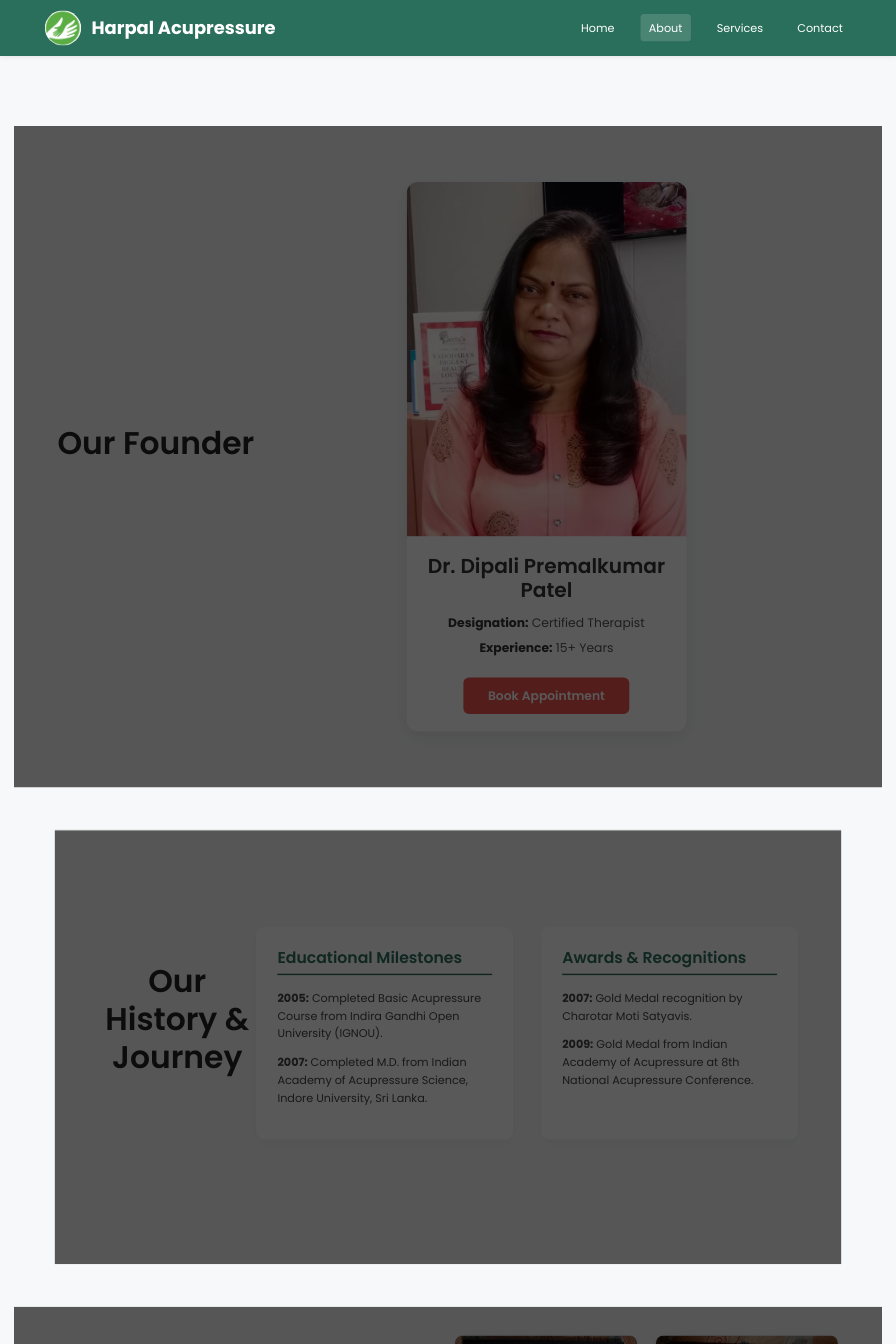
Repository: swasthiik/my-websites
Page: about.html
The author's editor kept a copy of each file at every save. The page is drawn from the files as they stood at one save, then again after the next save.
The browser window is 1280 px wide. The pictures show the part of the page from y = 0 to 1920 px (the page is 7261 px tall before and 7374 px after), at 70% of full size.

Above is the page before, as saved 2025-11-01 13:20:18.

### about.html
<!DOCTYPE html>
<html lang="en">
<head>
  <meta charset="utf-8" />
  <meta name="viewport" content="width=device-width,initial-scale=1" />
  <meta name="description" content="Meet Dr. Dipali Patel and learn about the history, journey, and achievements of Harpal Acupressure." />
  <title>About Us — Harpal Acupressure</title>

  <!-- Google Font -->
  <link href="https://fonts.googleapis.com/css2?family=Poppins:wght@300;400;600;700&display=swap" rel="stylesheet">

  <!-- Favicon -->
  <link rel="icon" href="images/logo.jpg">

  <!-- CSS -->
  <link rel="stylesheet" href="style.css">
  <link rel="stylesheet" href="about.css">
</head>

<body class="about-page">
  <!-- HEADER -->
  <header>
    <div class="header-left">
        <img src="images/logo.jpg" alt="Harpal Acupressure Logo" class="header-logo">
        <a href="index.html" class="brand-name">Harpal Acupressure</a>
    </div>
    <nav class="nav-menu" id="nav-menu" aria-label="Main navigation">
      <ul>
        <li><a href="index.html">Home</a></li>
        <li><a href="about.html" class="active">About</a></li>
        <li><a href="index.html#services">Services</a></li>
        <li><a href="contact.html">Contact</a></li>
      </ul>
    </nav>
    <button class="mobile-menu-button" id="menu-button" aria-label="Open Menu" aria-expanded="false">
        <span class="dot" aria-hidden="true"></span>
        <span class="dot" aria-hidden="true"></span>
        <span class="dot" aria-hidden="true"></span>
    </button>
  </header>

  <!-- MAIN CONTENT AREA -->
  <main>
    <!-- PROFILE CARD SECTION -->
    <section id="profile" class="profile-section" aria-labelledby="profile-title">
      <h2 id="profile-title" class="section-title">Our Founder</h2>
      <div class="profile-card-container">
        <!-- Main Profile Card -->
        <div class="profile-card">
          <div class="profile-card-image">
            <img src="images/photo1.png" alt="Dr. Dipali Premalkumar Patel">
          </div>
          <div class="profile-card-content">
            <h3>Dr. Dipali Premalkumar Patel</h3>
            <p class="profile-detail"><strong>Designation:</strong> Certified Therapist</p>
            <p class="profile-detail"><strong>Experience:</strong> 15+ Years</p>
            <a href="contact.html" class="btn-appointment">Book Appointment</a>
          </div>
        </div>
      </div>
    </section>

    <!-- HISTORY & JOURNEY SECTION -->
    <section id="history" class="history-section" aria-labelledby="history-title">
      <h2 id="history-title" class="section-title">Our History & Journey</h2>
      <div class="history-content">
        <div class="history-box">
            <h4>Educational Milestones</h4>
            <ul>
                <li><strong>2005:</strong> Completed Basic Acupressure Course from Indira Gandhi Open University (IGNOU).</li>
                <li><strong>2007:</strong> Completed M.D. from Indian Academy of Acupressure Science, Indore University, Sri Lanka.</li>
            </ul>
        </div>
        <div class="history-box">
            <h4>Awards & Recognitions</h4>
            <ul>
                <li><strong>2007:</strong> Gold Medal recognition by Charotar Moti Satyavis.</li>
                <li><strong>2009:</strong> Gold Medal from Indian Academy of Acupressure at 8th National Acupressure Conference.</li>
            </ul>
        </div>
      </div>
    </section>

    <!-- CERTIFICATES & AWARDS SECTION -->
    <section id="achievements" class="achievements-section" aria-labelledby="certificates-title">
      <h2 id="certificates-title" class="section-title">Achievements & Certifications</h2>
      <p class="section-subtitle">We are proud to showcase our milestones and recognitions in holistic wellness.</p>
      <div class="trophy-grid">
          <div class="trophy-card"><img src="images/crt1.jpg" alt="Certificate 1"></div>
          <div class="trophy-card"><img src="images/crt2.jpg" alt="Certificate 2"></div>
          <div class="trophy-card"><img src="images/crt3.jpg" alt="Certificate 3"></div>
          <div class="trophy-card"><img src="images/crt4.jpg" alt="Certificate 4"></div>
          <div class="trophy-card"><img src="images/crt5.jpg" alt="Certificate 5"></div>
          <div class="trophy-card"><img src="images/crt6.jpg" alt="Certificate 6"></div>
          <div class="trophy-card"><img src="images/crt7.jpg" alt="Certificate 7"></div>
          <div class="trophy-card"><img src="images/crt8.jpg" alt="Certificate 8"></div>
          <div class="trophy-card"><img src="images/crt9.jpg" alt="Certificate 9"></div>
          <div class="trophy-card"><img src="images/crt10.jpg" alt="Certificate 10"></div>
          <div class="trophy-card"><img src="images/crt11.jpg" alt="Certificate 11"></div>
          <div class="trophy-card"><img src="images/crt12.jpg" alt="Certificate 12"></div>
          <div class="trophy-card"><img src="images/crt13.jpg" alt="Certificate 13"></div>
          <div class="trophy-card"><img src="images/crt14.jpg" alt="Certificate 14"></div>
          <div class="trophy-card"><img src="images/crt16.jpg" alt="Certificate 16"></div>
          <div class="trophy-card"><img src="images/crt17.jpg" alt="Certificate 17"></div>
          <div class="trophy-card"><img src="images/crt18.jpg" alt="Certificate 18"></div>
          <div class="trophy-card"><img src="images/crt19.jpg" alt="Certificate 19"></div>
          <div class="trophy-card"><img src="images/crt20.jpg" alt="Certificate 20"></div>
          <div class="trophy-card"><img src="images/crt21.jpg" alt="Certificate 21"></div>
          <div class="trophy-card"><img src="images/crt22.jpg" alt="Certificate 22"></div>
          <div class="trophy-card"><img src="images/crt23.jpg" alt="Certificate 23"></div>
          <div class="trophy-card"><img src="images/crt24.jpg" alt="Certificate 24"></div>
          <div class="trophy-card"><img src="images/crt25.jpg" alt="Certificate 25"></div>
          <div class="trophy-card"><img src="images/crt26.jpg" alt="Certificate 26"></div>
          <div class="trophy-card"><img src="images/crt27.jpg" alt="Certificate 27"></div>
      </div>
    </section>
  </main>

  <!-- FOOTER -->
  <footer>
    <p>&copy; <span id="current-year"></span> Harpal Acupressure. All Rights Reserved.</p>
  </footer>

  <script src="main.js"></script>
</body>
</html>

### style.css
/* style.css */

/* ========================================= */
/* ==== LIGHT THEME COLOR PALETTE ==== */
/* ========================================= */
:root {
    --primary-color: #2A6F5B;
    --secondary-color: #22594A;
    --accent-color: #4A9080;
    --text-color-dark: #333333;
    --text-color-light: #FFFFFF;
    --bg-color: #F8F9FA;
    --glass-card-bg: rgba(255, 255, 255, 0.75); /* No longer used in the same way */
    --glass-card-border: rgba(0, 0, 0, 0.1);
    --glass-card-shadow: rgba(0, 0, 0, 0.08);
    --header-height: 80px;
}

/* =================================== */
/* ==== GENERAL BODY & TYPOGRAPHY ==== */
/* =================================== */
body { font-family: 'Poppins', sans-serif; margin: 0; color: var(--text-color-dark); line-height: 1.6; background-color: var(--bg-color); overflow-x: hidden; scroll-behavior: smooth; padding-top: var(--header-height); box-sizing: border-box; }
body.menu-open { overflow: hidden; }
body.menu-open::after { content: ''; position: fixed; inset: 0; background-color: rgba(0, 0, 0, 0.5); z-index: 1004; transition: opacity 0.4s ease; }
h1, h2, h3, h4, h5, h6 { font-weight: 700; margin-top: 0; margin-bottom: 0.5em; color: var(--text-color-dark); line-height: 1.2; }
a { text-decoration: none; color: var(--primary-color); transition: color 0.3s ease; }
a:hover { color: var(--secondary-color); }
.btn { display: inline-block; background-color: var(--primary-color); color: var(--text-color-light); padding: 12px 25px; border-radius: 30px; margin-top: 15px; transition: all 0.3s ease; font-weight: 600; border: none; text-align: center; cursor: pointer; font-size: 1rem; }
.btn:hover { background-color: var(--secondary-color); transform: translateY(-2px); box-shadow: 0 4px 15px rgba(0,0,0,0.15); }

/* ============================ */
/* ==== HEADER & FOOTER ==== */
/* ============================ */
header {
    background-color: var(--primary-color);
    color: var(--text-color-light);
    padding: 15px 5%;
    display: flex;
    justify-content: space-between;
    align-items: center;
    box-shadow: 0 2px 8px rgba(0,0,0,0.1);
    position: fixed;
    top: 0;
    left: 0;
    width: 100%;
    z-index: 1000;
    height: var(--header-height);
    box-sizing: border-box;
}
.header-left { display: flex; align-items: center; gap: 15px; }
.header-logo { height: 50px; width: auto; border-radius: 50%; }
.brand-name { color: var(--text-color-light); font-size: 1.6em; font-weight: 700; }
.brand-name:hover { color: var(--text-color-light); }
.nav-menu { display: flex; }
.nav-menu ul { list-style: none; margin: 0; padding: 0; display: flex; gap: 25px; }
.nav-menu a { color: var(--text-color-light); font-weight: 400; padding: 8px 12px; position: relative; transition: all 0.3s ease; border-radius: 5px; }
.nav-menu a:hover,
.nav-menu a.active { background-color: rgba(255, 255, 255, 0.15); }
.mobile-menu-button { display: none; flex-direction: column; justify-content: space-around; width: 30px; height: 25px; background: transparent; border: none; cursor: pointer; padding: 0; z-index: 1010; }
.mobile-menu-button .dot { width: 25px; height: 3px; background-color: var(--text-color-light); border-radius: 2px; transition: all 0.3s ease; }
footer { background-color: var(--secondary-color); color: var(--text-color-light); text-align: center; padding: 20px 5%; font-size: 0.9em; }

/* ============================ */
/* ==== HERO SECTION ==== */
/* ============================ */
#hero { background-image: url('images/background.jpg'); background-size: cover; background-position: center; height: calc(100vh - var(--header-height)); display: flex; justify-content: center; align-items: center; text-align: center; color: var(--text-color-light); position: relative; overflow: hidden; }
#hero::before { content: ''; position: absolute; inset: 0; background-color: rgba(0, 0, 0, 0.6); z-index: 0; }
.hero-overlay { z-index: 1; }
.hero-logo { width: 150px; height: 150px; border-radius: 50%; object-fit: cover; border: 4px solid var(--primary-color); margin-bottom: 25px; box-shadow: 0 6px 20px rgba(0,0,0,0.5); }
#hero h1 { font-size: 3.5em; color: var(--text-color-light); text-shadow: 1px 1px 4px rgba(0,0,0,0.7); }
#hero p { font-size: 1.3em; color: #f0f0f0; text-shadow: 1px 1px 3px rgba(0,0,0,0.7); }

/* ============================ */
/* ==== GENERAL SECTION STYLING ==== */
/* ============================ */
section { padding: 80px 5%; position: relative; background-attachment: fixed; background-size: cover; background-position: center; min-height: 500px; display: flex; align-items: center; justify-content: center; overflow: hidden; }
#about-home { background-image: url('images/background2.jpg'); }
#services { background-image: url('images/background3.jpg'); }
#contact-section-home { background-image: url('images/background5.jpg'); }
#contact-page { background-image: url('images/background5.jpg'); }

/* ==== MODIFIED: Changed the white overlay to a dark one for better readability ==== */
section::before {
    content: '';
    position: absolute;
    inset: 0;
    background-color: rgba(0, 0, 0, 0.65); /* Was rgba(255, 255, 255, 0.6) */
    z-index: 0;
}

/* ==== MODIFIED: Removed the glass card background and changed text to white ==== */
.glass-section .section-card {
    background: transparent; /* Was var(--glass-card-bg) */
    border-radius: 0;
    padding: 40px;
    box-shadow: none; /* Was 0 8px 32px 0 var(--glass-card-shadow) */
    backdrop-filter: none; /* Was blur(12px) */
    -webkit-backdrop-filter: none; /* Was blur(12px) */
    border: none; /* Was 1px solid var(--glass-card-border) */
    max-width: 1200px;
    width: 100%;
    z-index: 1;
    color: var(--text-color-light); /* Was var(--text-color-dark) */
    text-align: center;
    box-sizing: border-box;
    text-shadow: 1px 1px 3px rgba(0,0,0,0.5); /* Added for readability */
}

/* ==== MODIFIED: Changed heading color to white ==== */
.glass-section h2 {
    font-size: 2.8em;
    margin-bottom: 30px;
    color: var(--text-color-light); /* Was var(--primary-color) */
    text-shadow: 1px 1px 4px rgba(0,0,0,0.7); /* Added for readability */
}


/* ============================ */
/* ==== SERVICES & CONTACT ==== */
/* ============================ */
.services-grid { display: grid; grid-template-columns: repeat(auto-fit, minmax(280px, 1fr)); gap: 30px; margin-top: 40px; }

/* ==== MODIFIED: Made service cards transparent with a subtle border ==== */
.service-card {
    background: rgba(0, 0, 0, 0.2); /* Was rgba(255, 255, 255, 0.85) */
    border-radius: 12px;
    overflow: hidden;
    box-shadow: none; /* Was 0 6px 20px 0 var(--glass-card-shadow) */
    border: 1px solid rgba(255, 255, 255, 0.2); /* Changed to a light border */
    transition: transform 0.3s ease, background-color 0.3s ease;
    text-align: left;
    display: flex;
    flex-direction: column;
}

.service-card:hover {
    transform: translateY(-8px);
    background-color: rgba(0, 0, 0, 0.3);
}

.service-card img { width: 100%; height: 200px; object-fit: cover; display: block; border-bottom: 1px solid rgba(255, 255, 255, 0.1); }
.service-card .svc-body { padding: 20px; flex-grow: 1; }

/* ==== MODIFIED: Changed service text colors to be light ==== */
.service-card .svc-title {
    font-size: 1.4em;
    font-weight: 600;
    color: var(--text-color-light); /* Was var(--secondary-color) */
    margin-bottom: 10px;
}
.service-card .svc-text {
    font-size: 0.95em;
    color: #e0e0e0; /* Was #555555 */
    line-height: 1.5;
}

/* ==== MODIFIED: Changed contact section text to be light ==== */
.contact-left h3, .contact-center h3, .quick-links h4 {
    color: var(--text-color-light);
}
.quick-links a { color: #dddddd; }
.final-line { color: var(--accent-color); border-top: 1px solid rgba(255,255,255,0.2); }
#contact-section-home .social-btns img { width: 60px; height: 60px; transition: transform 0.3s ease; border-radius: 12px; }
#contact-section-home .social-btns img:hover { transform: scale(1.1); }


/* ============================ */
/* ==== MOBILE & RESPONSIVE ==== */
/* ============================ */
@media (max-width: 992px) {
    header { justify-content: space-between; }
    .mobile-menu-button { display: flex; }
    .nav-menu { display: none; flex-direction: column; position: fixed; top: var(--header-height); left: 0; width: 100%; height: calc(100vh - var(--header-height)); background-color: var(--primary-color); transform: translateX(100%); transition: transform 0.4s ease-in-out; z-index: 1005; overflow-y: auto; }
    .nav-menu[aria-hidden="false"] { display: flex; transform: translateX(0); }
    .nav-menu ul { flex-direction: column; align-items: center; padding: 20px 0; }
    .nav-menu ul li { margin: 10px 0; width: 100%; text-align: center; }
    .nav-menu ul li a { display: block; padding: 15px 20px; font-size: 1.2em; border-bottom: 1px solid rgba(255, 255, 255, 0.1); color: white; }
    .nav-menu ul li:last-child a { border-bottom: none; }
    .nav-menu ul li a:hover, .nav-menu ul li a.active { background-color: var(--secondary-color); color: var(--text-color-light); }
}
@media (max-width: 768px) {
    #hero h1 { font-size: 2.5em; }
    #hero p { font-size: 1em; }
    .hero-logo { width: 120px; height: 120px; }
    .glass-section h2 { font-size: 2em; }
    .glass-section .section-card { padding: 30px; }
    .about-content-grid, .contact-section-home .inner, #contact-page .inner { grid-template-columns: 1fr; text-align: center; }
    .services-grid { grid-template-columns: 1fr; }
    .social-btns, .btn-area { justify-content: center; }
    .brand-name { font-size: 1.3em; }
    .header-logo { height: 40px; }
}
@media (max-width: 480px) {
    header { padding: 10px 3%; }
    #hero h1 { font-size: 2em; }
    #hero p { font-size: 0.9em; }
    .hero-logo { width: 100px; height: 100px; }
    section { padding: 60px 3%; }
    .glass-section .section-card { padding: 25px; }
    .glass-section h2 { font-size: 1.8em; }
    .contact-left h3, .contact-center h3, .quick-links h4 { font-size: 1.4em; }
    .brand-name { display: none; }
}

### about.css
/* about.css - Professional Design Inspired by Cadabams */

/* =================================== */
/* ==== 1. PAGE SETUP & BACKGROUND ==== */
/* =================================== */

body.about-page {
  /* A clean, light grey background for a professional feel */
  background-color: #f7f8fa;
}

main {
  padding: 100px 20px 60px 20px; /* Top, Sides, Bottom */
}

/* =================================== */
/* ==== 2. SHARED SECTION STYLES ==== */
/* =================================== */

.section-title {
  text-align: center;
  font-size: 2.8em;
  font-weight: 600;
  color: #222;
  margin-bottom: 40px;
}

.section-subtitle {
  text-align: center;
  font-size: 1.1em;
  color: #555;
  max-width: 700px;
  margin: -20px auto 40px auto;
}

/* =================================== */
/* ==== 3. PROFILE CARD SECTION ==== */
/* =================================== */

.profile-card-container {
  max-width: 400px; /* Sets the maximum width of the card */
  margin: 0 auto; /* Centers the card horizontally */
}

.profile-card {
  background-color: #ffffff;
  border-radius: 16px;
  box-shadow: 0 8px 24px rgba(0, 0, 0, 0.08);
  text-align: center;
  overflow: hidden; /* Keeps the image inside the rounded corners */
  transition: all 0.3s ease;
}

.profile-card:hover {
  transform: translateY(-5px);
  box-shadow: 0 12px 30px rgba(0, 0, 0, 0.12);
}

.profile-card-image img {
  width: 100%;
  height: auto;
  display: block;
}

.profile-card-content {
  padding: 25px;
}

.profile-card-content h3 {
  font-size: 1.8em;
  font-weight: 600;
  color: #333;
  margin: 0 0 15px 0;
}

.profile-detail {
  font-size: 1.1em;
  color: #555;
  margin: 8px 0;
}

.profile-detail strong {
  color: #333;
}

.btn-appointment {
  display: inline-block;
  background-color: #ef5350; /* Soft Red Color */
  color: #ffffff;
  font-size: 1.1em;
  font-weight: 600;
  text-decoration: none;
  padding: 12px 35px;
  border-radius: 8px;
  margin-top: 20px;
  transition: background-color 0.3s ease;
}

.btn-appointment:hover {
  background-color: #e53935; /* Slightly darker red on hover */
}

/* =================================== */
/* ==== 4. HISTORY & JOURNEY SECTION ==== */
/* =================================== */

.history-section {
  max-width: 1000px;
  margin: 60px auto; /* Adds space above and below */
  padding-top: 40px;
  border-top: 1px solid #e0e0e0;
}

.history-content {
  display: flex;
  justify-content: center;
  gap: 40px;
  text-align: left;
}

.history-box {
  background-color: #ffffff;
  padding: 30px;
  border-radius: 12px;
  flex: 1;
  box-shadow: 0 5px 15px rgba(0, 0, 0, 0.04);
}

.history-box h4 {
  font-size: 1.4em;
  font-weight: 600;
  color: #2A6F5B; /* Your brand green */
  margin: 0 0 20px 0;
  border-bottom: 2px solid #2A6F5B;
  padding-bottom: 10px;
}

.history-box ul {
  list-style: none;
  padding-left: 0;
}

.history-box li {
  margin-bottom: 15px;
  font-size: 1em;
  color: #444;
  line-height: 1.6;
}

/* =================================== */
/* ==== 5. CERTIFICATES SECTION ==== */
/* =================================== */

.achievements-section {
  max-width: 1200px;
  margin: 60px auto;
  padding-top: 40px;
  border-top: 1px solid #e0e0e0;
}

.trophy-grid {
  display: grid;
  grid-template-columns: repeat(auto-fit, minmax(220px, 1fr));
  gap: 25px;
}

.trophy-card {
  border-radius: 12px;
  overflow: hidden;
  border: 1px solid #e5e5e5;
  transition: transform 0.3s ease, box-shadow 0.3s ease;
}

.trophy-card:hover {
  transform: translateY(-5px);
  box-shadow: 0 10px 25px rgba(0, 0, 0, 0.08);
}

.trophy-card img {
  width: 100%;
  height: 100%;
  display: block;
}


/* =================================== */
/* ==== 6. RESPONSIVE DESIGN ==== */
/* =================================== */

@media (max-width: 768px) {
  .section-title {
    font-size: 2.2em;
  }
  .history-content {
    flex-direction: column; /* Stack history boxes on smaller screens */
  }
}

@media (max-width: 480px) {
  .profile-card-container {
    max-width: 100%; /* Allow card to be full width on mobile */
  }
  .trophy-grid {
    grid-template-columns: repeat(auto-fit, minmax(150px, 1fr));
  }
}

Loaded but not shown: main.js (70 lines, source omitted)

After the next save:
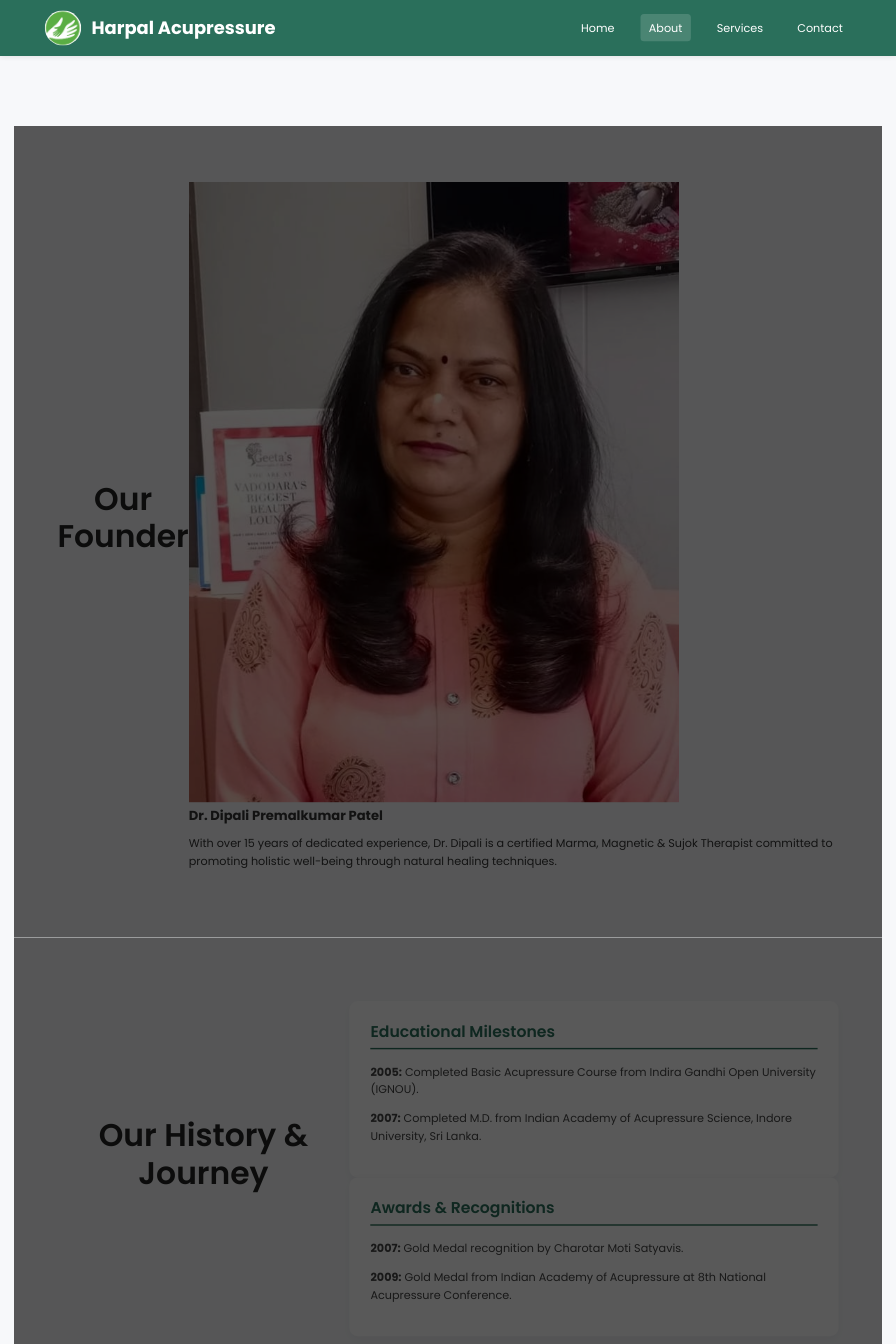
Saved 4 min 23 s later.
--- a/about.html
+++ b/about.html
@@ -7,7 +7,7 @@
   <title>About Us — Harpal Acupressure</title>
 
   <!-- Google Font -->
-  <link href="https://fonts.googleapis.com/css2?family=Poppins:wght@300;400;600;700&display=swap" rel="stylesheet">
+  <link href="https://fonts.googleapis.com/css2?family=Poppins:wght@300;400;500;600;700&display=swap" rel="stylesheet">
 
   <!-- Favicon -->
   <link rel="icon" href="images/logo.jpg">
@@ -41,29 +41,24 @@
 
   <!-- MAIN CONTENT AREA -->
   <main>
-    <!-- PROFILE CARD SECTION -->
-    <section id="profile" class="profile-section" aria-labelledby="profile-title">
-      <h2 id="profile-title" class="section-title">Our Founder</h2>
-      <div class="profile-card-container">
-        <!-- Main Profile Card -->
-        <div class="profile-card">
-          <div class="profile-card-image">
-            <img src="images/photo1.png" alt="Dr. Dipali Premalkumar Patel">
-          </div>
-          <div class="profile-card-content">
-            <h3>Dr. Dipali Premalkumar Patel</h3>
-            <p class="profile-detail"><strong>Designation:</strong> Certified Therapist</p>
-            <p class="profile-detail"><strong>Experience:</strong> 15+ Years</p>
-            <a href="contact.html" class="btn-appointment">Book Appointment</a>
-          </div>
+    <!-- FOUNDER SECTION -->
+    <section id="founder" class="about-content-section" aria-labelledby="founder-title">
+      <h2 id="founder-title" class="section-title">Our Founder</h2>
+      <div class="founder-card">
+        <div class="founder-image">
+          <img src="images/photo1.png" alt="Dr. Dipali Premalkumar Patel">
+        </div>
+        <div class="founder-details">
+          <h3>Dr. Dipali Premalkumar Patel</h3>
+          <p>With over 15 years of dedicated experience, Dr. Dipali is a certified Marma, Magnetic & Sujok Therapist committed to promoting holistic well-being through natural healing techniques.</p>
         </div>
       </div>
     </section>
 
     <!-- HISTORY & JOURNEY SECTION -->
-    <section id="history" class="history-section" aria-labelledby="history-title">
+    <section id="history" class="about-content-section" aria-labelledby="history-title">
       <h2 id="history-title" class="section-title">Our History & Journey</h2>
-      <div class="history-content">
+      <div class="history-grid">
         <div class="history-box">
             <h4>Educational Milestones</h4>
             <ul>
@@ -82,7 +77,7 @@
     </section>
 
     <!-- CERTIFICATES & AWARDS SECTION -->
-    <section id="achievements" class="achievements-section" aria-labelledby="certificates-title">
+    <section id="achievements" class="about-content-section" aria-labelledby="certificates-title">
       <h2 id="certificates-title" class="section-title">Achievements & Certifications</h2>
       <p class="section-subtitle">We are proud to showcase our milestones and recognitions in holistic wellness.</p>
       <div class="trophy-grid">
